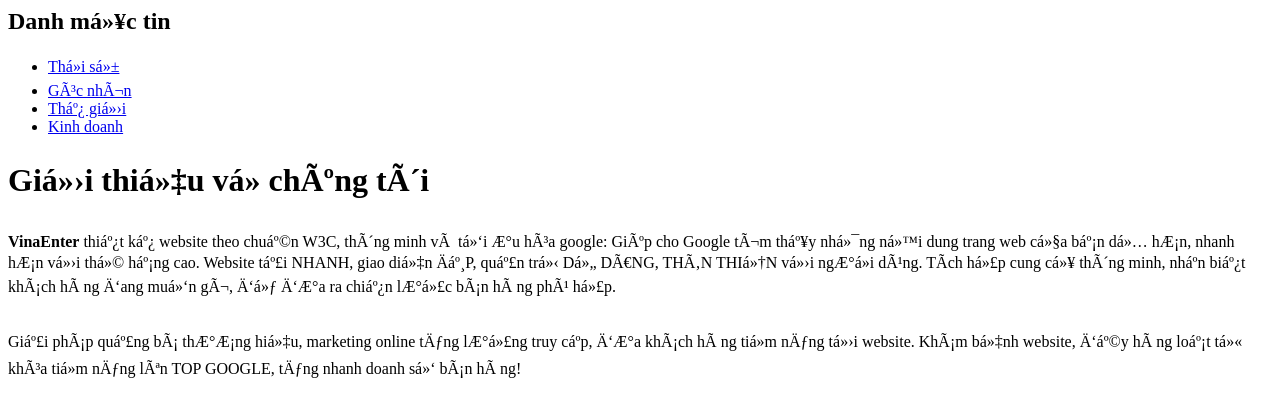
Repository: leducnam1805/JSP-SERVLET
Page: http://localhost/baiTap1/WEB-INF/BT1/index.jsp
The author's editor kept a copy of each file at every save. The page is drawn from the files as they stood at one save, then again after the next save.
The browser window is 1280 px wide. The pictures show the whole page.
The page is served by Tomcat 9. Nobody is signed in. The template is opened directly, without the code that normally fills it, so the values that code supplies are empty.

Above is the page before, as saved 2020-06-23 13:07:49.

After the next save:
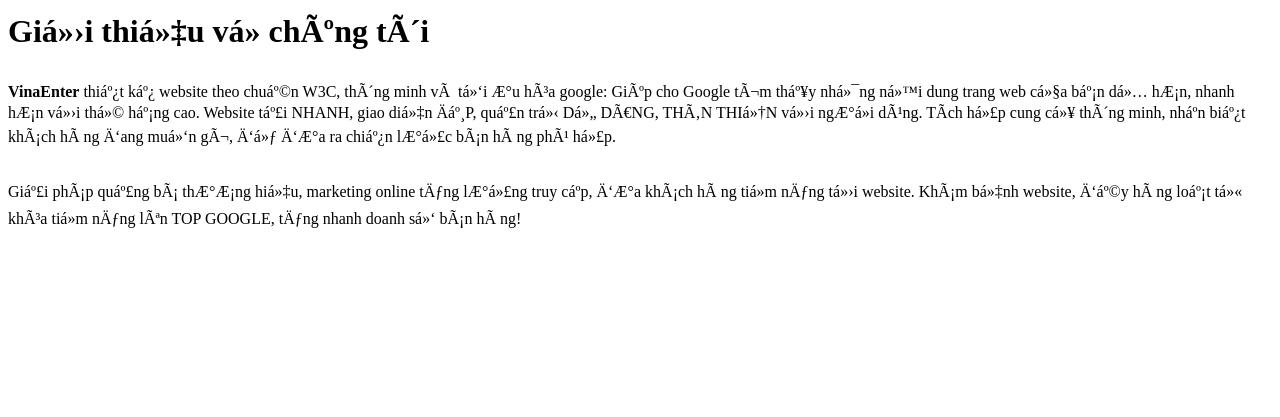
Saved 5 s later.
--- a/loiGiai/baiTap1/WebContent/WEB-INF/BT1/index.jsp
+++ b/loiGiai/baiTap1/WebContent/WEB-INF/BT1/index.jsp
@@ -1,13 +1,7 @@
 
 			<div class="content">
 				<div class="leftpanel">
-					<h2>Danh mục tin</h2>
-					<ul>
-						<li><a href="danhmuc.html">Thời sự</a></li>
-						<li><a href="danhmuc.html">Góc nhìn</a></li>
-						<li><a href="danhmuc.html">Thế giới</a></li>
-						<li><a href="danhmuc.html">Kinh doanh</a></li>
-					</ul>
+
 				</div>
 				<div class="rightpanel">
 					<div class="rightbody">
